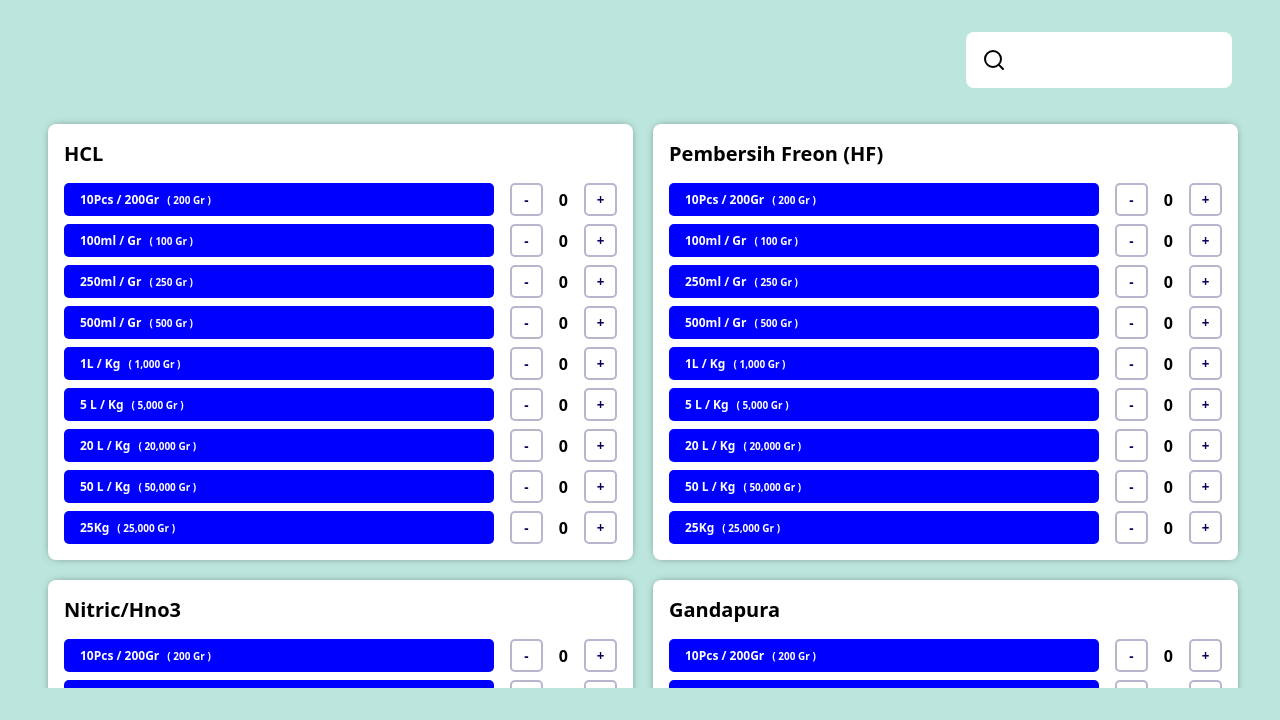
Repository: zuraniumlab-design/upstock-amsk
Page: /
The author's editor kept a copy of each file at every save. The page is drawn from the files as they stood at one save, then again after the next save.
The browser window is 1280 px wide. The pictures show the whole page.
An inner scrolling area shows only its first screen. The project was rebuilt for these pictures with package versions that can differ from the ones it lists, and the page was loaded fresh each time. Also part of the build but not shown: vite.config.js.

Above is the page before, as saved 2026-06-18 17:16:52.

After the next save:
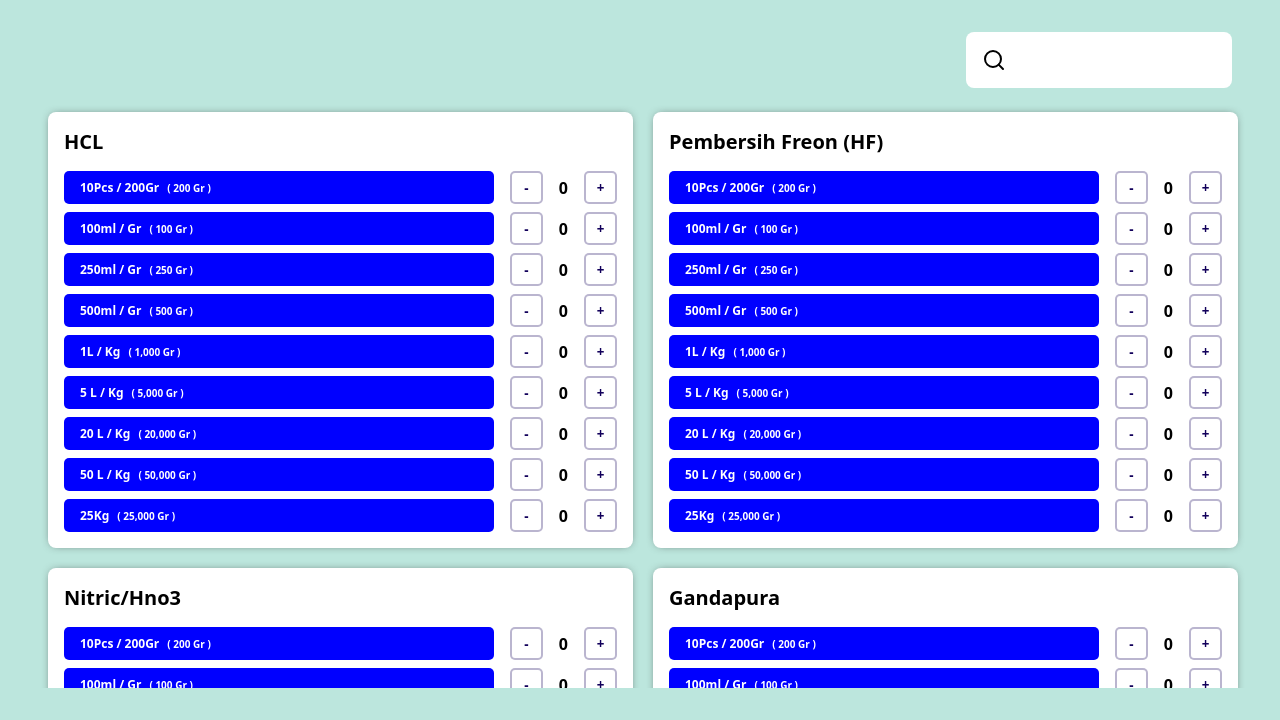
Saved 12 s later.
--- a/src/App.module.css
+++ b/src/App.module.css
@@ -14,7 +14,7 @@
 .content {
   height: calc(100vh - 4rem);
   width: 100%;
-  gap: 20px;
+  gap: 0.5rem;
   overflow: hidden;
   position: relative;
   flex-direction: column;
